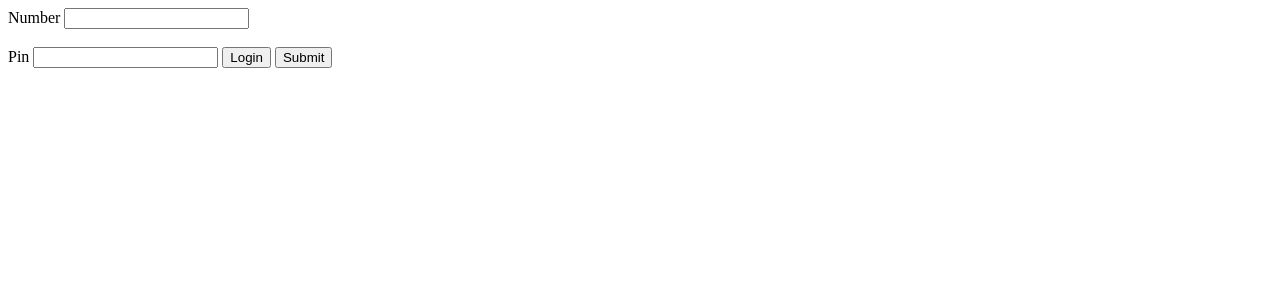
Repository: rajasuriya012001/Assessments
Page: demosample/Assesment1/src/main/webapp/bank.html
The author's editor kept a copy of each file at every save. The page is drawn from the files as they stood at one save, then again after the next save.
The browser window is 1280 px wide. The pictures show the whole page.

Above is the page before, as saved 2022-06-10 04:42:55.

### demosample/Assesment1/src/main/webapp/bank.html
<!DOCTYPE html>
<html>
<head>
<meta charset="UTF-8">
<title>Insert title here</title>
</head>
<body>
<form action="post">
Number
<input type="text" name="number"/><br><br>
Pin
<input type="password" name="pin"/>
<input type="submit" value="Login" formaction="BankValue"/>
<input type="submit" formaction="Withdraw"/>
</body>
</html>

After the next save:
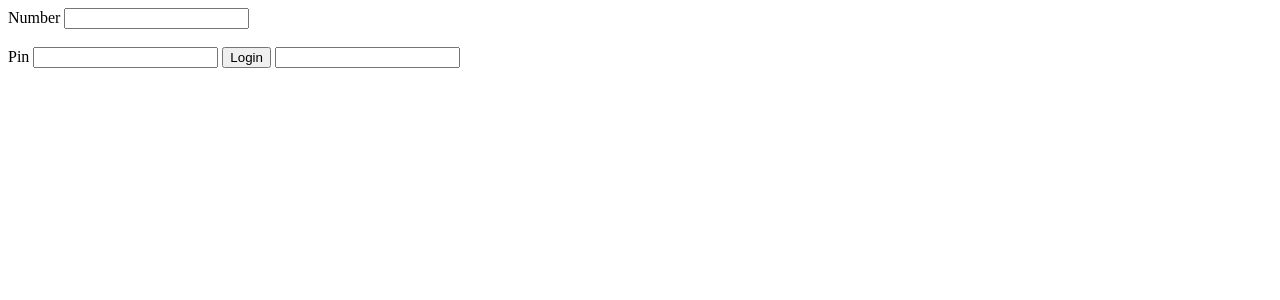
Saved 2 min 34 s later.
--- a/demosample/Assesment1/src/main/webapp/bank.html
+++ b/demosample/Assesment1/src/main/webapp/bank.html
@@ -11,6 +11,6 @@
 Pin
 <input type="password" name="pin"/>
 <input type="submit" value="Login" formaction="BankValue"/>
-<input type="submit" formaction="Withdraw"/>
+<input formaction="Withdraw"/>
 </body>
 </html>

After the save that followed:
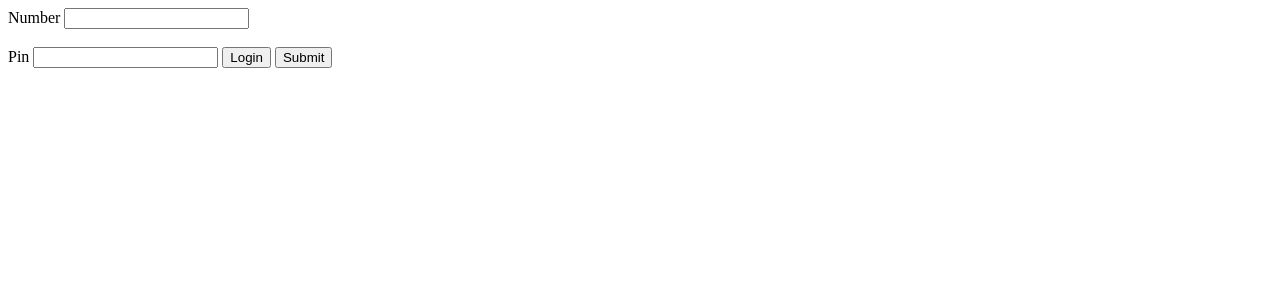
Saved 33 s later.
--- a/demosample/Assesment1/src/main/webapp/bank.html
+++ b/demosample/Assesment1/src/main/webapp/bank.html
@@ -11,6 +11,6 @@
 Pin
 <input type="password" name="pin"/>
 <input type="submit" value="Login" formaction="BankValue"/>
-<input formaction="Withdraw"/>
+<input type="submit" formaction="Withdraw"/>
 </body>
 </html>
